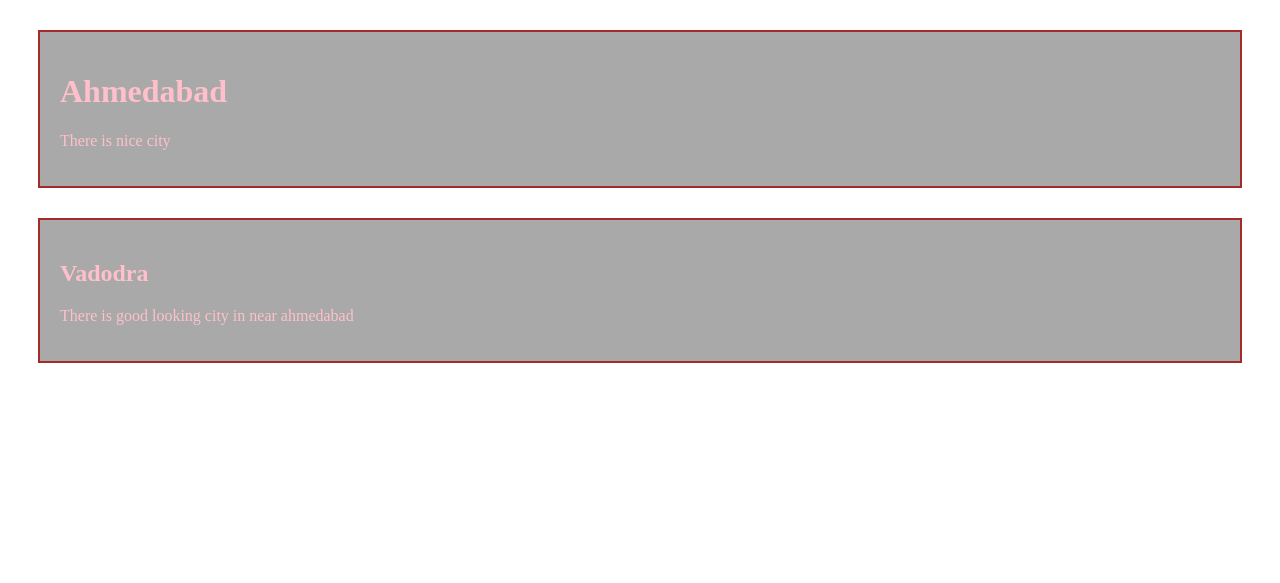
Repository: pratixa-chauhan/practice
Page: style/class.html
The author's editor kept a copy of each file at every save. The page is drawn from the files as they stood at one save, then again after the next save.
The browser window is 1280 px wide. The pictures show the whole page.

Above is the page before, as saved 2021-12-17 12:34:02.

After the next save:
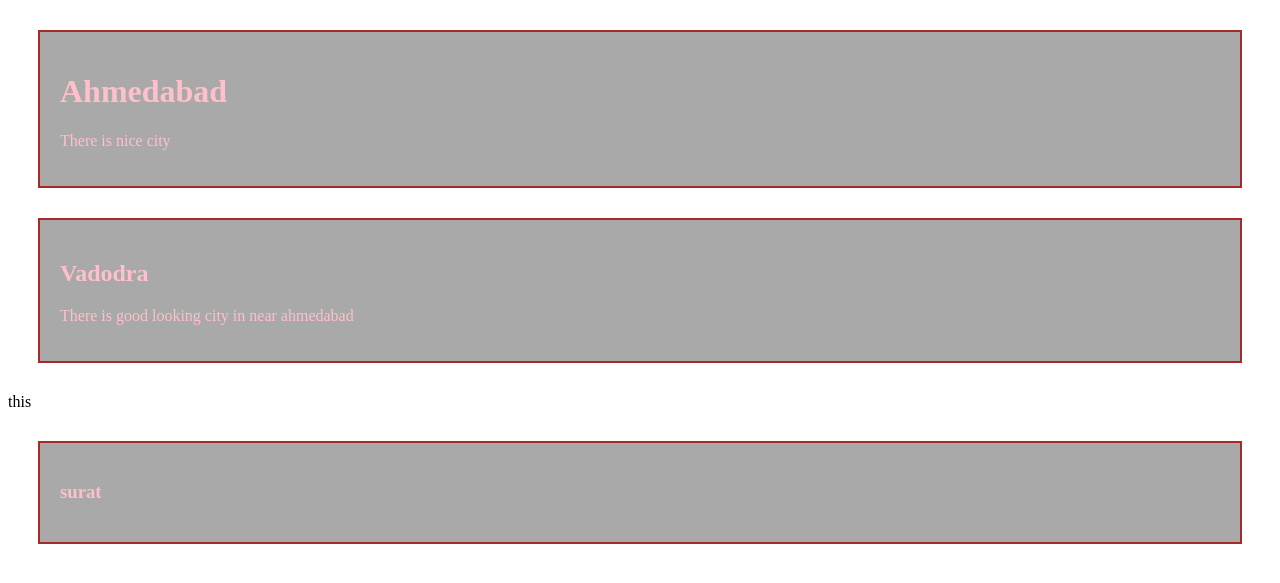
Saved 52 s later.
--- a/style/class.html
+++ b/style/class.html
@@ -23,6 +23,10 @@
         <div class="city">
             <h2>Vadodra</h2>
             <p>There is good looking city in near ahmedabad</p>
+        </div>this
+        <div class="city">
+            <h3>surat</h3>
+
         </div>
     </body>
 </html>
